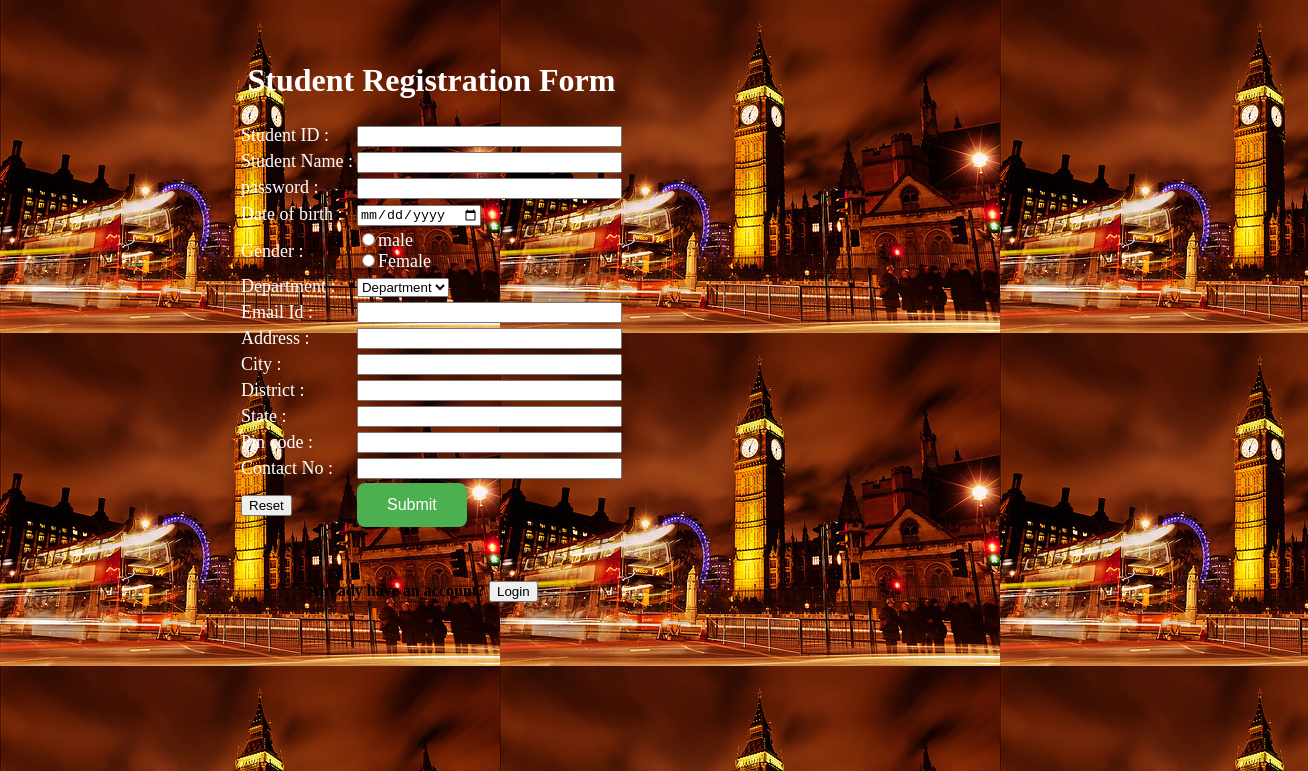
Repository: srikanthModugu/jdbc-servlet-jsp
Page: SutudentRegistration/WebContent/Registration.html
The author's editor kept a copy of each file at every save. The page is drawn from the files as they stood at one save, then again after the next save.
The browser window is 1280 px wide. The page is 1308 px wide, so the pictures cover 1308 px, including what lies to the right of the window. The pictures show the whole page.

Above is the page before, as saved 2017-10-02 14:44:34.
Console error: SyntaxError: Unexpected end of input

### SutudentRegistration/WebContent/Registration.html
<!DOCTYPE html>
<html>
<head>
<meta charset="UTF-8">
<title>Registration Page</title>
<style type="text/css">
.button {
	border: none;
	border-radius: 8px;
	color: white;
	padding: 13px 30px;
	text-align: center;
	text-decoration: none;
	background-color: #4CAF50;
	display: inline-block;
	font-size: 16px;
}

input[type=submit]
{
	border: none;
	border-radius: 8px;
	color: white;
	padding: 13px 30px;
	text-align: center;
	text-decoration: none;

	display: inline-block;
	font-size: 16px;
}

button:hover {
	background-color: #4CAF50;
	color: white;
	box-shadow: 0 12px 16px 0 rgba(0, 0, 0, 0.24), 0 17px 50px 0
		rgba(0, 0, 0, 0.19);
}

td {
	font-size: 18px;
}
</style>

<script type="text/javascript">
function validateform(){
	var name=document.myform.studentName.value;
	var password=document.myform.password.value;

	if (name==null || name==""){
	  alert("Name can't be blank");
	  return false;
	}else if(password.length<6){
	  alert("Password must be at least 6 characters long.");
	  return false;
	  }
</script>

</head>
<body background="fristBg.jpg">
	<div style="height: 755px; width: 1300px; ">





		<div style="height: 700px; width: 1300px; color: white; float: left;">

			<div style="height: 700px; width: 200px;  float: left;">

			</div>

			<div
				style="height: 700px; width: 700px;  color: black; float: left;">
				<form action="Registerformservlet" method="get"  onsubmit="return validateform()" name="myform"  >
					<table style="height: 600; width: 700; margin: 30px;  color: white;">

						<tr>
							<th colspan="2"><h1>Student Registration Form</h1></th>
						</tr>

						<tr>
							<td>Student ID :</td>
							<td><input type='text' name='studentid' size='30'><br></td>
						</tr>

						<tr>
							<td>Student Name :</td>
							<td><input type='text' name='studentName' size='30'><br></td>
						</tr>

						<tr>
							<td>password :</td>
							<td><input type='password' name='password' size='30'><br></td>
						</tr>

						<tr>
							<td>Date of birth :</td>
							<td><input type='date' name="DOB">
							<br></td>
						</tr>

						<tr>
							<td>Gender :</td>
							<td><input type='radio' name='gender' value='male'>male<br>
								<input type='radio' name='gender' value='female'>Female<br></td>
						</tr>

						<tr>
							<td>Department :</td>
							<td><select name='department'>
									<option>Department</option>
									<option>Computer</option>
									<option>Civil</option>
									<option>E & TC</option>
									<option>Mechanical</option>
									<option>IT</option>
							</select></td>
						</tr>

						<tr>
							<td>Email Id :</td>
							<td><input type='email' name='emailId' size='30'><br></td>
						</tr>

						<tr>
							<td>Address :</td>
							<td><input type='text' name='address' size='30'><br></td>
						</tr>

						<tr>
							<td>City :</td>
							<td><input type='text' name='city' size='30'><br></td>
						</tr>

						<tr>
							<td>District :</td>
							<td><input type='text' name='district' size='30'><br></td>
						</tr>

						<tr>
							<td>State :</td>
							<td><input type='text' name='state' size='30'><br></td>
						</tr>

						<tr>
							<td>Pin code :</td>
							<td><input type='text' name='pincode' size='30'
								pattern="[0-9]{4}" maxlength="6"><br></td>
						</tr>

						<tr>
							<td>Contact No :</td>
							<td><input type='text' name='contactNo' size='30'><br></td>
						</tr>


						<tr>
							<td><button type="submit" formaction="RegisterForm.html">Reset</button></td>
							<td><input class="button" type="submit" value="Submit"></td>
						</tr>
					</table>

					<div
						style="height: 25px; width: 400px;  color: black; float: left; margin-left: 100px">
						<h4>
							Already have an account?
							<button type="submit" formaction="LoginPage.html">Login</button>
						</h4>
					</div>
				</form>


			</div>

	</div>

</html>

After the next save:
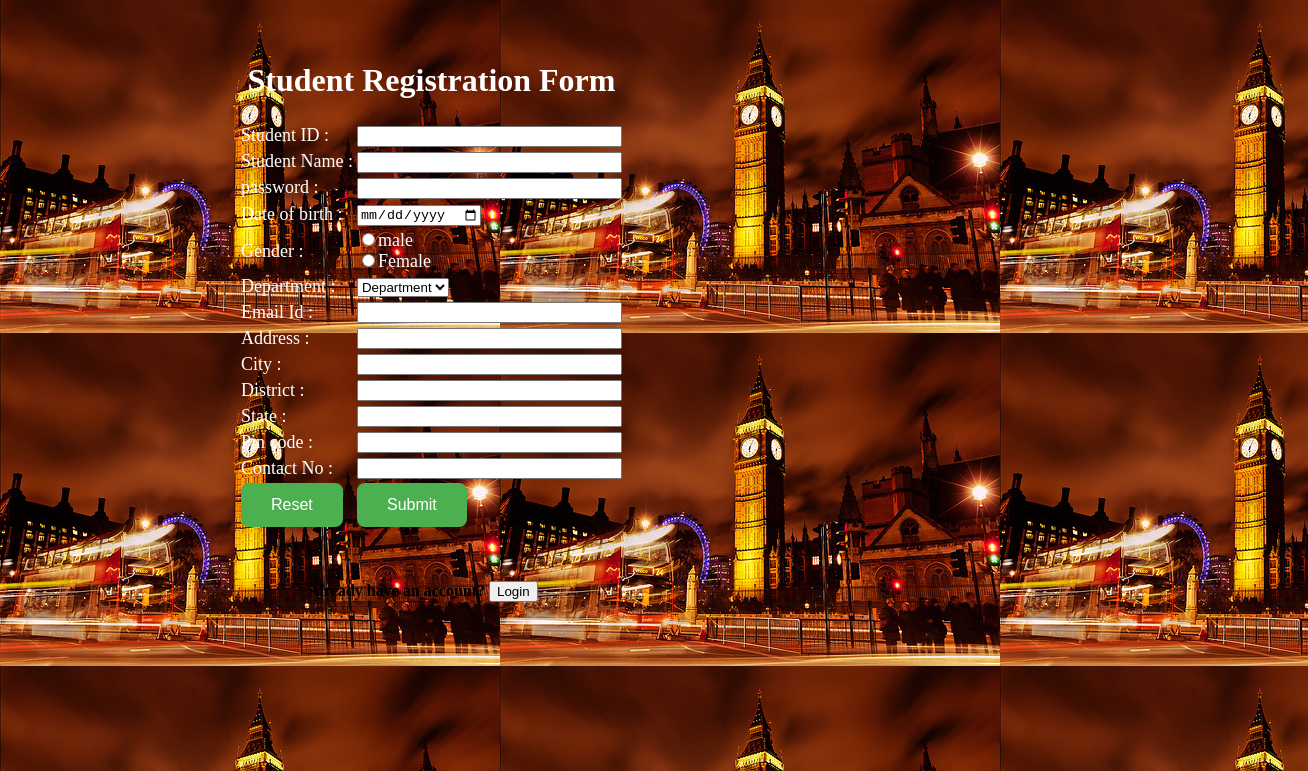
Saved 35 s later.
--- a/SutudentRegistration/WebContent/Registration.html
+++ b/SutudentRegistration/WebContent/Registration.html
@@ -155,7 +155,7 @@ function validateform(){
 
 
 						<tr>
-							<td><button type="submit" formaction="RegisterForm.html">Reset</button></td>
+							<td><button class="button" type="submit" formaction="RegisterForm.html">Reset</button></td>
 							<td><input class="button" type="submit" value="Submit"></td>
 						</tr>
 					</table>
